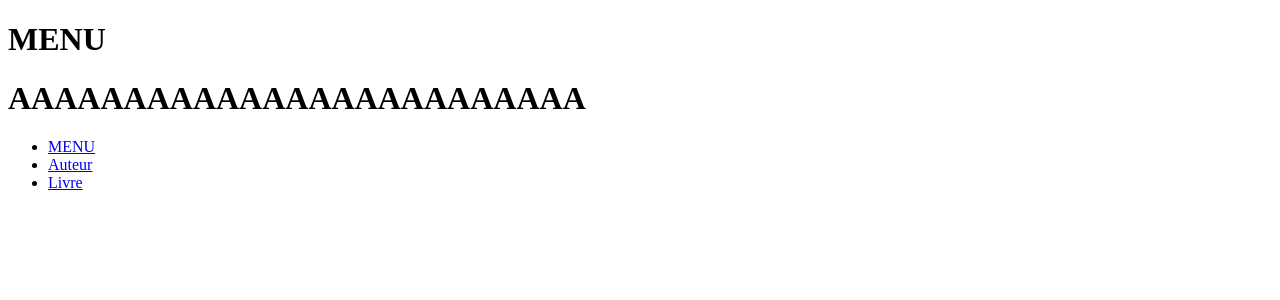
Repository: ThomasMTNB/EclipseJSP-JEE-JSTL
Page: http://localhost/JEEProjetBiblioTP/
An editor plug-in stored every save of this project. The page is shown before and after the next save, followed by the edit.
The browser window is 1280 px wide. The pictures show the whole page.
The page is served by Tomcat 9.

Above is the page before, as saved 2022-07-01 08:20:38.

After the next save:
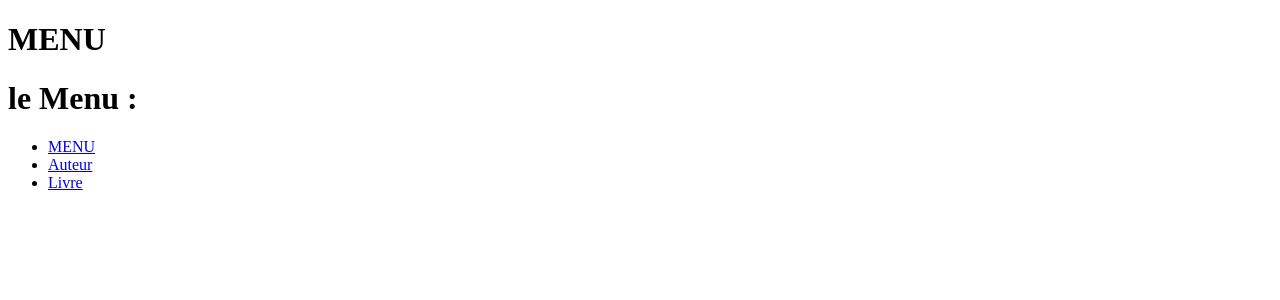
Saved 4 s later.
--- a/JEEProjetBiblioTP/src/main/webapp/WEB-INF/menu.jsp
+++ b/JEEProjetBiblioTP/src/main/webapp/WEB-INF/menu.jsp
@@ -6,7 +6,7 @@
 
 
 
-<h1>AAAAAAAAAAAAAAAAAAAAAAAAA</h1>
+<h1>le Menu :</h1>
 
 <ul>
 
